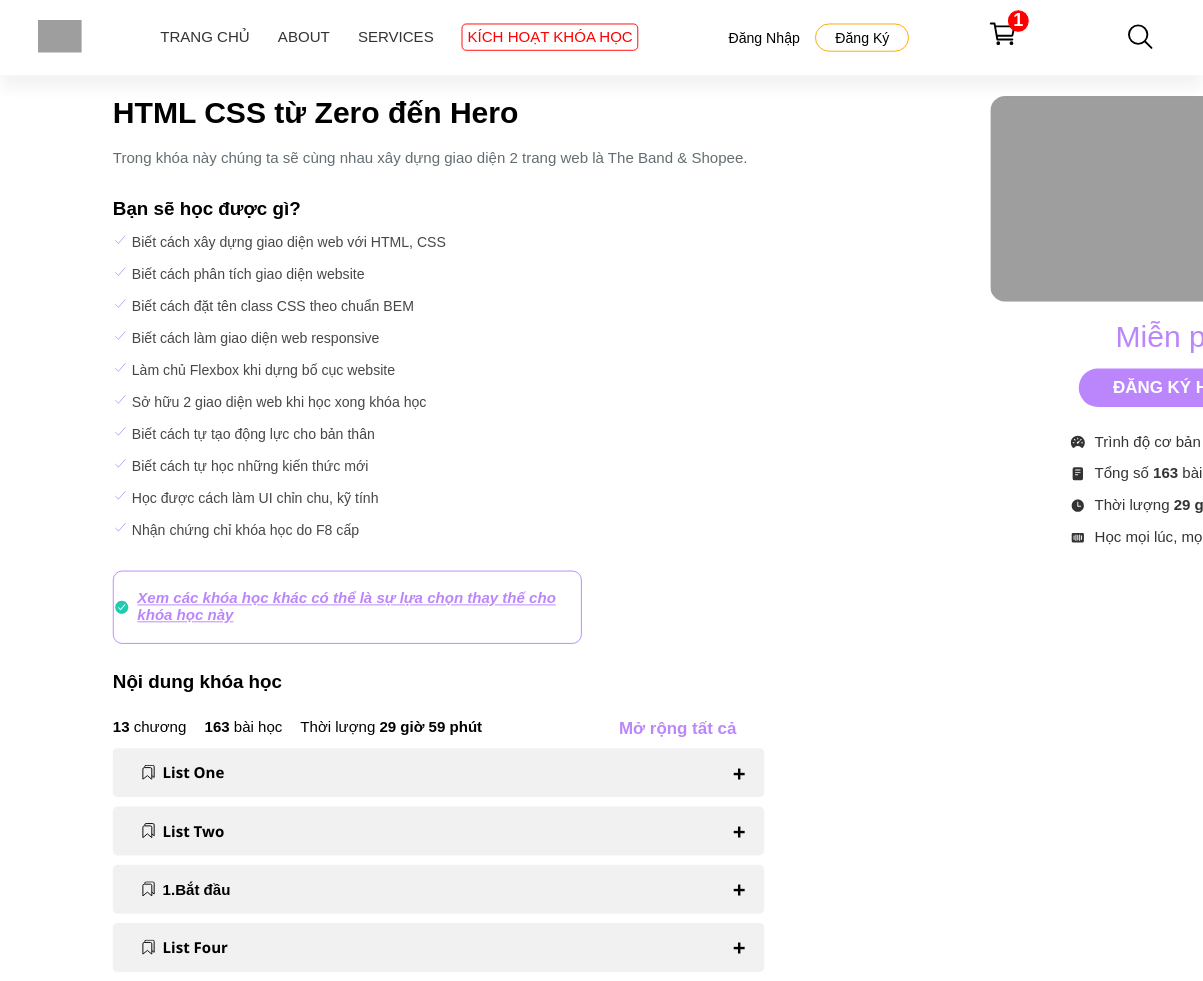
Repository: hoanghuuphuc/hoanghuuphuc
Page: details.html
These files come from the project's save history. The page is drawn as it stood at one moment and after a run of saves; the edit follows.
The browser window is 1280 px wide. The pictures show the whole page, at 94% of full size.
Pictures or frames that could not be fetched are drawn as grey boxes.

Above is the page before, as saved 2022-12-12 00:36:05.
Console error: TypeError: Cannot read properties of null (reading 'style')

After the next 2 saves:
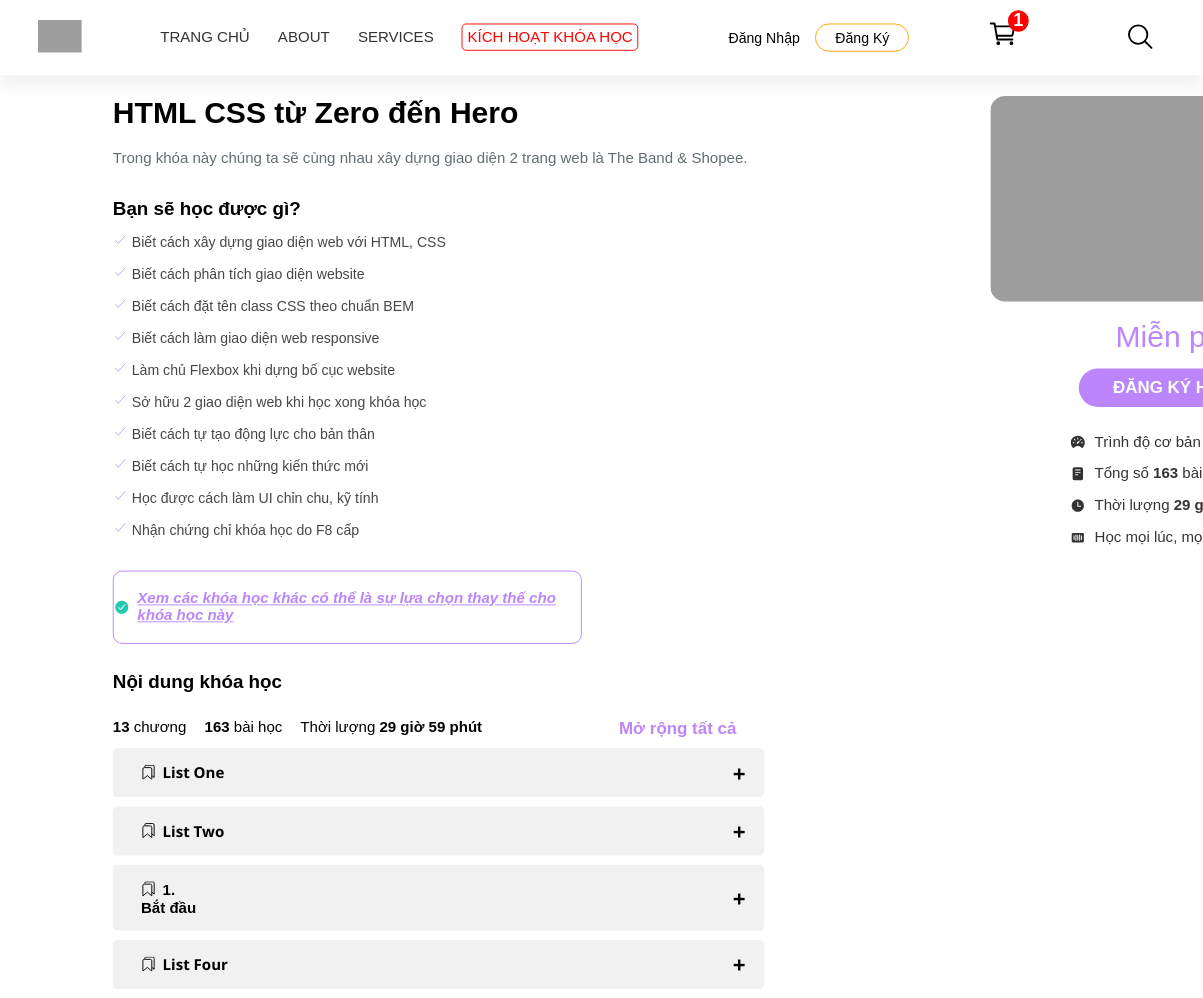
The 2 saves are shown as one change because they came seconds apart.
The last was saved 17 s later.
--- a/details.html
+++ b/details.html
@@ -166,8 +166,8 @@
           </div>
           <div class="contentBx">
             <div class="accordion-label">
-              <ion-icon name="bookmarks-outline"></ion-icon><strong>1.</strong
-              ><span>Bắt đầu</span>
+              <ion-icon name="bookmarks-outline"></ion-icon><strong>1.</strong>
+              <p>Bắt đầu</p>
             </div>
             <div class="accordion-content">
               <div class="accordion-content">

After the save that followed:
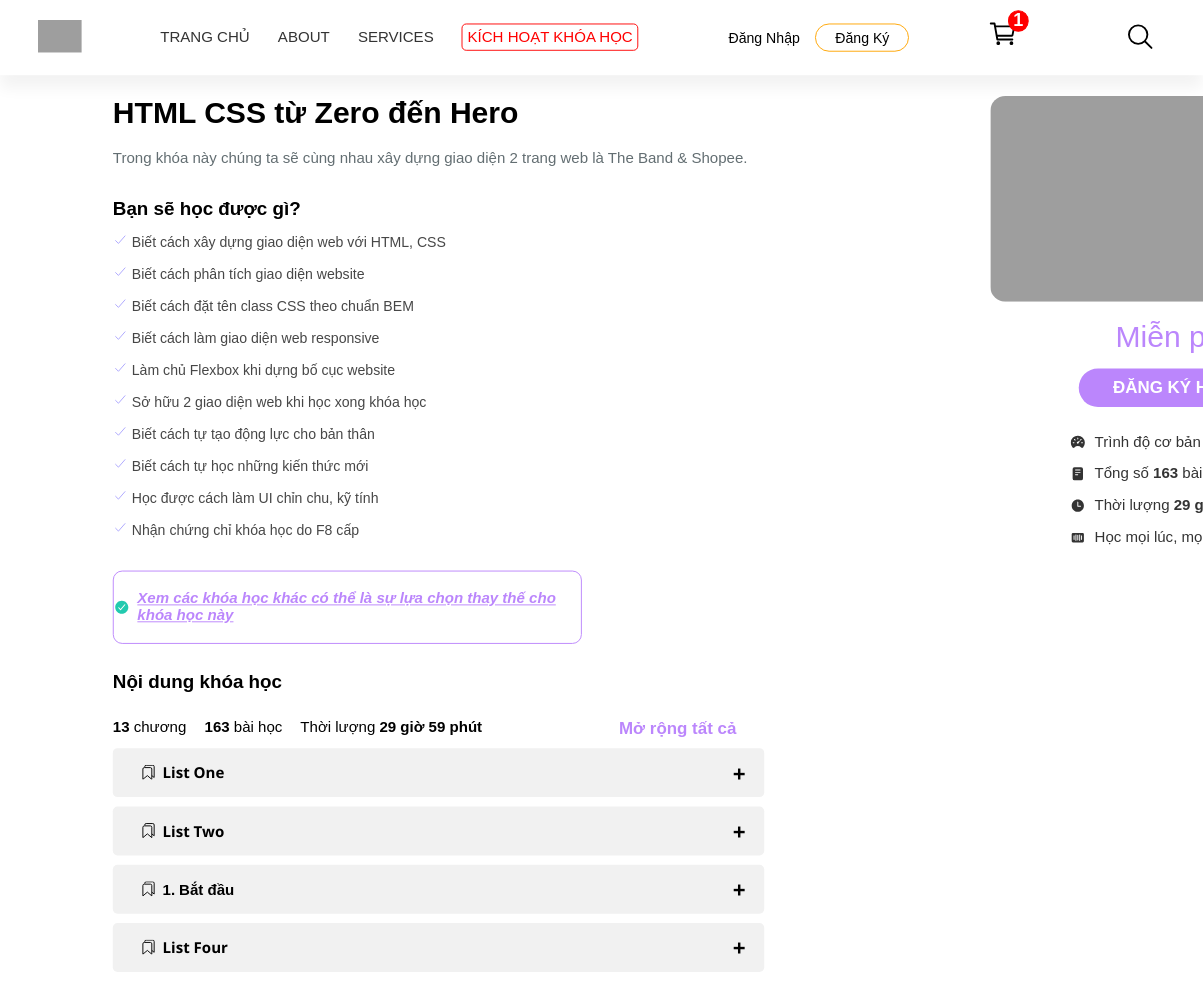
Saved 4 s later.
--- a/details.html
+++ b/details.html
@@ -167,7 +167,7 @@
           <div class="contentBx">
             <div class="accordion-label">
               <ion-icon name="bookmarks-outline"></ion-icon><strong>1.</strong>
-              <p>Bắt đầu</p>
+              <span>Bắt đầu</span>
             </div>
             <div class="accordion-content">
               <div class="accordion-content">
